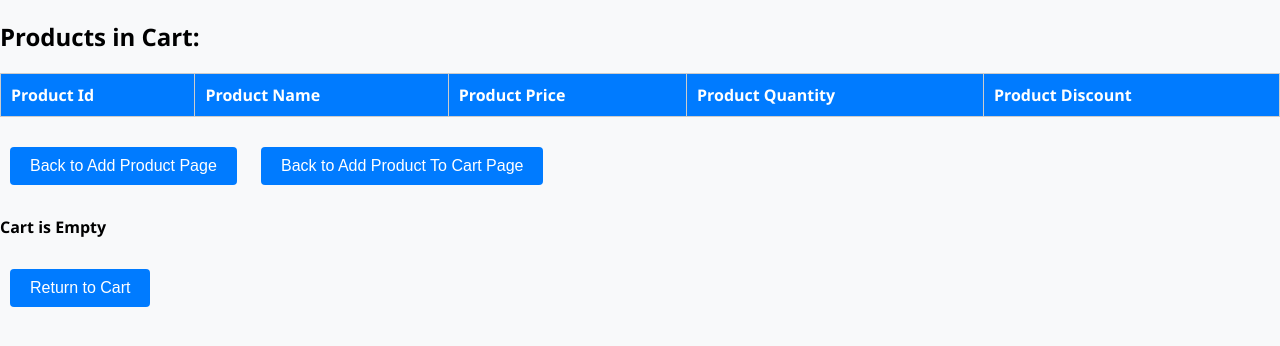
Repository: palakbari/Spring-MVC
Page: http://localhost/ShoppingSystem/display_product_from_cart.jsp
An editor plug-in stored every save of this project. The page is shown before and after the next save, followed by the edit.
The browser window is 1280 px wide. The pictures show the whole page.
The page is served by Tomcat 9. The template is opened directly, without the code that normally fills it, so the values that code supplies are empty.

Above is the page before, as saved 2024-06-06 10:33:56.

After the next save:
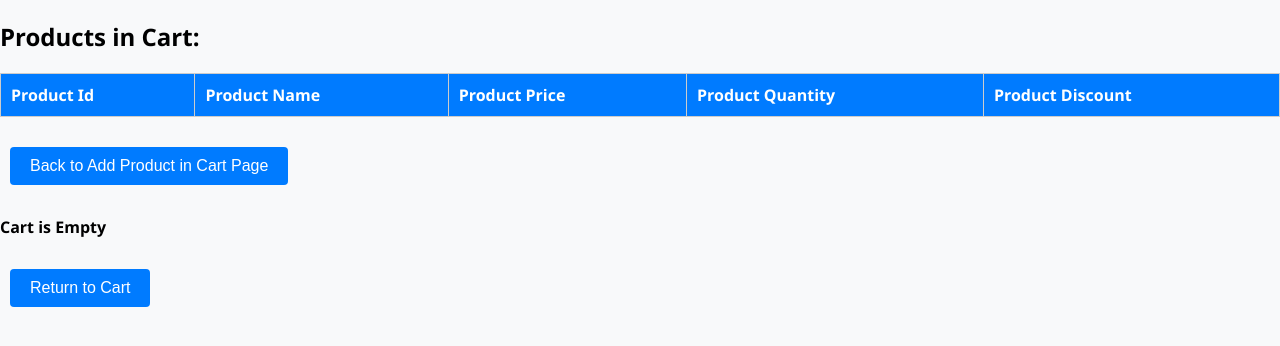
Saved 74 s later.
--- a/ShoppingSystem/src/main/webapp/display_product_from_cart.jsp
+++ b/ShoppingSystem/src/main/webapp/display_product_from_cart.jsp
@@ -71,8 +71,7 @@
                 </tr>
             </c:forEach>
         </table>
-        <button type="button" onclick="window.location.href='add_product.jsp'" class="button">Back to Add Product Page</button>
-        <button type="button" onclick="window.location.href='add_products_to_cart.jsp'" class="button">Back to Add Product To Cart Page</button>
+        <button type="button" onclick="window.location.href='add_products_to_cart.jsp'" class="button">Back to Add Product in Cart Page</button>
 <c:if test="${empty cart}">
 <h4>Cart is Empty</h4>
 </c:if>
